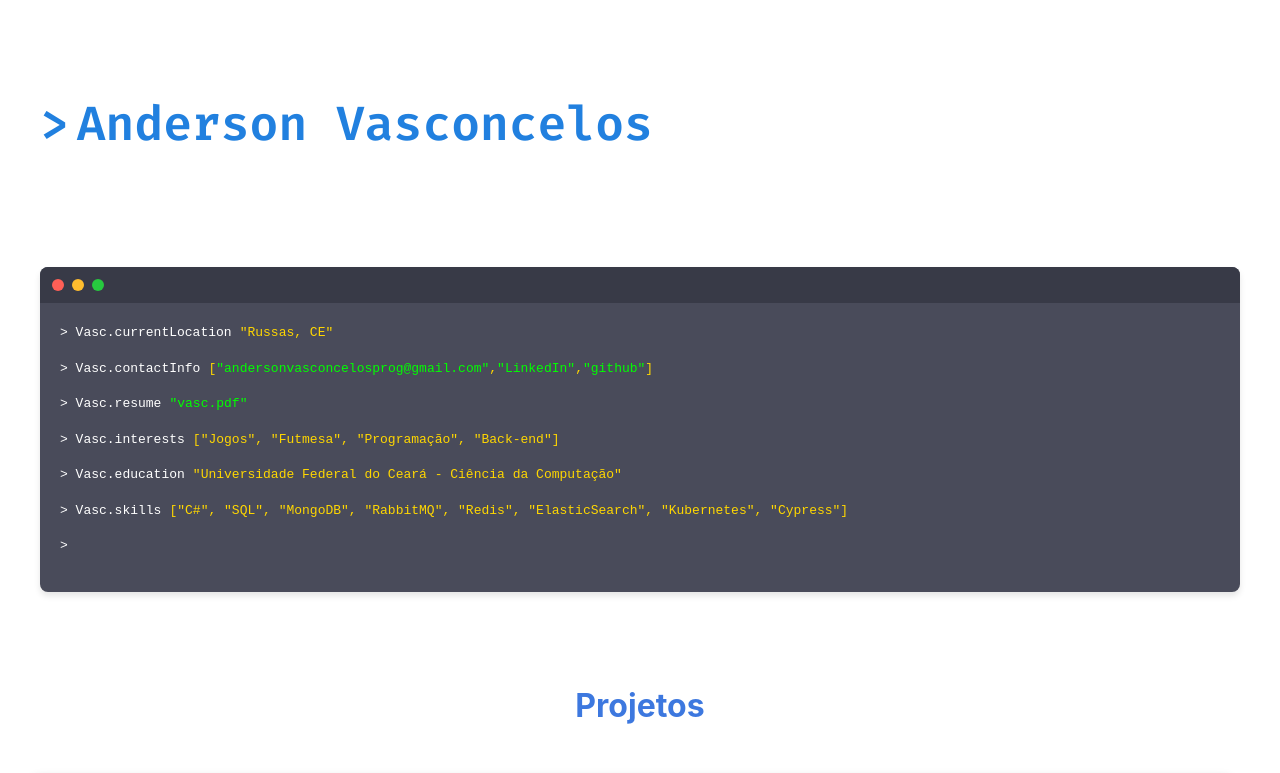
Repository: vascsx/portfolio_vascsx
Page: /
These files come from the project's save history. The page is drawn as it stood at one moment and after the next save; the edit follows.
The browser window is 1280 px wide. The pictures show the part of the page from y = 0 to 773 px (the page is 2201 px tall).
Pictures or frames that could not be fetched are drawn as grey boxes. The project was rebuilt for these pictures with package versions that can differ from the ones it lists, and the page was loaded fresh each time.

Above is the page before, as saved 2025-03-15 20:24:51.

### src/App.tsx
import Home from './components/Home';
import Resume from './components/Resume';
import Projects from './components/Projects';
import Contact from './components/Contact';
function App() {
  return (
    <div>
     <Resume />
      <Home />
      <Projects />
      <Contact/>
    </div>
  );
}

export default App;

### src/components/Home.tsx
import React from 'react';
import './Home.css';

const Home: React.FC = () => {
  return (
    <div className="terminal">
      <div className="terminal-header">
        <div className="dots">
          <div className="dot dot-red"></div>
          <div className="dot dot-yellow"></div>
          <div className="dot dot-green"></div>
        </div>
      </div>
      <div className="terminal-content">
        <div className="command-line">
          <span className="prompt">&gt; Vasc.currentLocation</span>
          <span className="output">"Russas, CE"</span>
        </div>
        <div className="command-line">
          <span className="prompt">&gt; Vasc.contactInfo</span>
          <span className="output">
            [
              <a href="mailto:andersonvasconcelosprog@gmail.com">"andersonvasconcelosprog@gmail.com"</a>,
              <a href="https://www.linkedin.com/in/andersonvasconcelos17/" target="_blank" rel="noopener noreferrer">"LinkedIn"</a>,
              <a href="https://github.com/vascsx" target="_blank" rel="noopener noreferrer">"github"</a>
            ]
          </span>
        </div>
        <div className="command-line">
          <span className="prompt">&gt; Vasc.resume</span>
          <span className="output">
            <a href="/path/to/vasc.pdf" target="_blank" rel="noopener noreferrer">"vasc.pdf"</a>
          </span>
        </div>
        <div className="command-line">
          <span className="prompt">&gt; Vasc.interests</span>
          <span className="output">["Jogos", "Futmesa", "Programação", "Back-end"]</span>
        </div>
        <div className="command-line">
          <span className="prompt">&gt; Vasc.education</span>
          <span className="output">"Universidade Federal do Ceará - Ciência da Computação"</span>
        </div>
        <div className="command-line">
          <span className="prompt">&gt; Vasc.skills</span>
          <span className="output">["C#", "SQL", "MongoDB", "RabbitMQ", "Redis", "ElasticSearch", "Kubernetes", "Cypress"]</span>
        </div>
        <div className="command-line">
          <span className="prompt-animation">&gt;</span>
        </div>
      </div>
    </div>
  );
};

export default Home;

### src/components/Resume.tsx
import React, { useEffect, useState } from 'react';
import { Link } from 'react-scroll';
import './Resume.css';

const Resume: React.FC = () => {
  const [text, setText] = useState('');
  const fullText = 'Annderson Vasconcelos';

  useEffect(() => {
    let index = 0;
    const interval = setInterval(() => {
      if (index < fullText.length) {
        setText((prev) => prev + fullText.charAt(index));
        index += 1;
      } else {
        clearInterval(interval);
      }
    }, 100);

    return () => clearInterval(interval);
  }, []);

  return (
    <div className="resume">
      <div className="resume-header">
        <h1 className="title">
          <span className="prompt-icon">&gt;</span>
          <span>{text}</span>
        </h1>
      </div>
    </div>
  );
};

export default Resume;

### src/components/Projects.tsx
import React from 'react';
import './Projects.css';
import { ReactComponent as GitHubIcon } from '../assets/images/github-svgrepo-com.svg';

interface Project {
  id: number;
  title: string;
  technologies: string[];
  sourceCode: string;
  githubRepo: string;
  videoUrl: string;
}

const projectsData: Project[] = [
  {
    id: 1,
    title: "Portfolio Vasc",
    technologies: ["Cypress", "TypeScript"],
    sourceCode: "https://github.com/username/vascsx",
    githubRepo: "https://github.com/username/vascsx",
    videoUrl: "https://www.youtube.com/embed/dQw4w9WgXcQ"
  },
  {
    id: 2,
    title: "Login",
    technologies: ["Cypress", "TypeScript"],
    sourceCode: "https://github.com/username/vascsx",
    githubRepo: "https://github.com/username/vascsx",
    videoUrl: "https://www.youtube.com/embed/dQw4w9WgXcQ"
  },
  {
    id: 3,
    title: "API Rest",
    technologies: ["Cypress", "TypeScript"],
    sourceCode: "https://github.com/username/vascsx",
    githubRepo: "https://github.com/username/vascsx",
    videoUrl: "https://www.youtube.com/embed/dQw4w9WgXcQ"
  }
];

const ProjectCard: React.FC<{ project: Project }> = ({ project }) => {
  return (
    <div className="project-card" id="projects">
      <div className="project-info">
        <h3>{project.title}</h3>
        <p>Descrição do projeto aqui.</p>
        <div className="tech-stack">
          {project.technologies.map((tech) => (
            <span key={tech} className="tech-tag">
              {tech}
            </span>
          ))}
        </div>
        <div className="project-buttons">
          <a
            href={project.sourceCode}
            className="btn-source"
            target="_blank"
            rel="noopener noreferrer"
          >
            Web
          </a>
          <a
            href={project.githubRepo}
            className="btn-github"
            target="_blank"
            rel="noopener noreferrer"
          >
            <GitHubIcon className="github-icon" />
          </a>
        </div>
      </div>
      <div className="project-video">
        <iframe
          src={project.videoUrl}
          title={project.title}
          frameBorder="0"
          allowFullScreen
        ></iframe>
      </div>
    </div>
  );
};

const Projects: React.FC = () => {
  return (
    <section className="projects">
      <h2>Projetos</h2>
      <div className="projects-grid">
        {projectsData.map((project) => (
          <ProjectCard key={project.id} project={project} />
        ))}
      </div>
    </section>
  );
};

export default Projects;

### src/components/Contact.tsx
import React from 'react';
import githubIcon from '../assets/images/github-svgrepo-com.svg';
import linkedinIcon from '../assets/images/linkedin-svgrepo-com.svg';
import './Contact.css';

const Contact: React.FC = () => {
  return (
    <div className="contact">
      <h2>Contatos</h2>
      <div className="icons">
        <a href="https://github.com/vascsx" target="_blank" rel="noopener noreferrer">
          <img src={githubIcon} alt="ícone do github" className="icon" />
        </a>
        <a href="https://www.linkedin.com/in/andersonvasconcelos17" target="_blank" rel="noopener noreferrer">
          <img src={linkedinIcon} alt="ícone do linkedin" className="icon" />
        </a>
      </div>
      <footer className="footer">
        <p>&copy; 2025 Todos os direitos reservados</p>
      </footer>
    </div>
  );
};

export default Contact;

### src/components/Home.css
.terminal {
  background-color: #494b5a;
  border-radius: 8px;
  width: 1200px;
  margin: 20px auto;
  font-family: monospace;
  box-shadow: 0 4px 6px rgba(0, 0, 0, 0.1);
}

.terminal-header {
  background-color: #383a47;
  padding: 12px;
  border-top-left-radius: 8px;
  border-top-right-radius: 8px;
}

.dots {
  display: flex;
  gap: 8px;
}

.dot {
  width: 12px;
  height: 12px;
  border-radius: 50%;
}

.dot-red {
  background-color: #ff5f56;
}

.dot-yellow {
  background-color: #ffbd2e;
}

.dot-green {
  background-color: #27c93f;
}

.terminal-content {
  padding: 20px;
  color: white;
}

.command-line {
  margin-bottom: 16px;
  line-height: 1.5;
}

.prompt {
  color: white;
  margin-right: 8px;
}

.prompt-animation {
  color: white;
  margin-right: 8px;
  animation: blink 1s infinite;
}

@keyframes blink {
  0% {
    opacity: 1;
  }
  50% {
    opacity: 0;
  }
  100% {
    opacity: 1;
  }
}

.output {
  color: #ffd700;
}

.output a {
  color: #00ff00;
  text-decoration: none;
}

.output a:hover {
  text-decoration: underline;
}

@media (max-width: 1200px) {
  .terminal {
    width: 90%;
    margin: 20px auto;
  }

  .terminal-header {
    padding: 10px;
  }

  .dots {
    gap: 6px;
  }

  .dot {
    width: 10px;
    height: 10px;
  }

  .terminal-content {
    padding: 16px;
  }
}

@media (max-width: 768px) {
  .terminal {
    width: 95%;
  }

  .terminal-header {
    padding: 8px;
  }

  .dots {
    gap: 5px;
  }

  .dot {
    width: 8px;
    height: 8px;
  }

  .terminal-content {
    padding: 12px;
  }

  .command-line {
    font-size: 0.9rem;
  }

  .prompt, .output {
    font-size: 0.9rem;
  }
}

@media (max-width: 480px) {
  .terminal {
    width: 100%;
    margin: 10px auto;
  }

  .terminal-header {
    padding: 6px;
  }

  .dots {
    gap: 4px;
  }

  .dot {
    width: 6px;
    height: 6px;
  }

  .terminal-content {
    padding: 8px;
  }

  .command-line {
    font-size: 0.85rem;
  }

  .prompt, .output {
    font-size: 0.85rem;
  }
}

### src/components/Resume.css
@import url('https://fonts.googleapis.com/css2?family=Fira+Code:wght@400;500;600&display=swap');

.resume-container {
  padding: 40px;
  max-width: 1200px;
  margin: 0 auto;
}

.resume-section {
  margin-bottom: 30px;
}

.resume-title {
  font-size: 24px;
  color: #333;
  margin-bottom: 20px;
  border-bottom: 2px solid #404040;
  padding-bottom: 10px;
}

.resume-content {
  line-height: 1.6;
}

.experience-item {
  margin-bottom: 20px;
}

.experience-title {
  font-size: 18px;
  font-weight: bold;
  color: #444;
}

.experience-company {
  color: #666;
  font-style: italic;
}

.experience-date {
  color: #888;
  font-size: 14px;
}

.experience-description {
  margin-top: 10px;
  color: #555;
}

.skills-list {
  display: flex;
  flex-wrap: wrap;
  gap: 10px;
}

.skill-item {
  background-color: #f0f0f0;
  padding: 5px 15px;
  border-radius: 15px;
  font-size: 14px;
  color: #444;
}

.resume {
  max-width: 1200px;
  margin: 0 auto;
  padding: 60px 20px;
}

.resume-header {
  margin-bottom: 24px;
}

.title {
  font-size: 48px;
  color: #2180df;
  font-family: 'Fira Code', monospace;
  display: flex;
  align-items: center;
  gap: 8px;
}

.prompt-icon {
  color: #2180df;
}

.cursor {
  width: 24px;
  height: 48px;
  background-color: #8b8eff;
  display: inline-block;
}


.description {
  font-size: 18px;
  color: #666;
  margin-bottom: 16px;
  line-height: 1.5;
}

.sub-description {
  font-size: 20px;
  color: #666;
}

.link {
  color: #8b8eff;
  text-decoration: none;
  transition: all 0.3s ease;
}

.link:hover {
  text-decoration: underline;
}

@media (max-width: 1200px) {
  .resume-container {
    padding: 30px;
  }

  .resume-title {
    font-size: 22px;
  }

  .resume-header {
    margin-bottom: 20px;
  }

  .title {
    font-size: 40px;
  }

  .description {
    font-size: 16px;
  }

  .sub-description {
    font-size: 18px;
  }

  .experience-title {
    font-size: 16px;
  }

  .experience-date {
    font-size: 13px;
  }

  .skills-list {
    gap: 8px;
  }

  .skill-item {
    font-size: 12px;
  }
}

@media (max-width: 768px) {
  .resume-container {
    padding: 20px;
  }

  .resume-title {
    font-size: 20px;
  }

  .title {
    font-size: 36px;
  }

  .description {
    font-size: 15px;
  }

  .sub-description {
    font-size: 18px;
  }

  .experience-title {
    font-size: 15px;
  }

  .experience-company {
    font-size: 13px;
  }

  .experience-date {
    font-size: 12px;
  }

  .skills-list {
    gap: 6px;
  }

  .skill-item {
    font-size: 11px;
  }
}

@media (max-width: 480px) {
  .resume-container {
    padding: 15px;
  }

  .resume-title {
    font-size: 18px;
  }

  .title {
    font-size: 32px;
  }

  .description {
    font-size: 14px;
  }

  .sub-description {
    font-size: 16px;
  }

  .experience-title {
    font-size: 14px;
  }

  .experience-company {
    font-size: 12px;
  }

  .experience-date {
    font-size: 11px;
  }

  .skills-list {
    gap: 5px;
  }

  .skill-item {
    font-size: 10px;
  }

  .link {
    font-size: 14px;
  }
}

### src/components/Projects.css
.projects {
  padding: 3rem 2rem;
  max-width: 1300px;
  margin: 0 auto;
}

.projects h2 {
  text-align: center;
  margin-bottom: 3rem;
  color: #3d78df;
  font-size: 2rem;
}

.projects-grid {
  display: grid;
  grid-template-columns: 1fr;
  gap: 2rem;
  margin: 0 auto;
  width: 100%;
}

.project-card {
  display: flex;
  flex-direction: row;
  gap: 2rem;
  border-radius: 8px;
  overflow: hidden;
  width: 100%;
  max-width: 1200px;
  box-shadow: 0 4px 10px rgba(0, 0, 0, 0.15);
  background-color: #fff;
}

.project-info {
  flex: 0 0 25%;
  padding: 1rem;
  display: flex;
  flex-direction: column;
  justify-content: flex-start;
  gap: 1.5rem;
  margin-left: 1.5rem;
  margin-top: 1rem;
}

.project-info h3 {
  margin-bottom: 1rem;
  font-size: 1.5rem;
  margin-top: 1rem;
}

.project-info p {
  margin-bottom: 1rem;
  color: #333;
}

.tech-stack {
  display: flex;
  justify-content: start;
  gap: 0.8rem;
  margin-bottom: 1.8rem;
  flex-wrap: wrap;
}

.tech-tag {
  background: rgba(255, 255, 255, 0.1);
  color: white;
  padding: 0.3rem 0.8rem;
  border-radius: 20px;
  font-size: 0.75rem;
  backdrop-filter: blur(4px);
}

.project-buttons {
  display: flex;
  gap: 1rem;
  margin-right: 1rem;
  align-items: center;
  justify-content: flex-start;
}

.btn-source {
  padding: 0.6rem 1.5rem;
  background: #3d78df;
  color: white;
  border-radius: 25px;
  text-decoration: none;
  font-size: 0.875rem;
  font-weight: 500;
  transition: all 0.2s ease;
}

.btn-source:hover {
  background: rgba(61, 120, 223, 0.9);
  transform: translateY(-2px);
}

.btn-github {
  display: inline-flex;
  align-items: center;
  padding: 0.6rem 1.5rem;
  background: #333;
  color: white;
  border-radius: 25px;
  text-decoration: none;
  font-size: 0.875rem;
  font-weight: 500;
  transition: all 0.2s ease;
}

.btn-github .github-icon {
  margin-right: 0.5rem;
  width: 20px;
  height: 20px;
}

.btn-github:hover {
  background: rgba(51, 51, 51, 0.8);
  transform: translateY(-2px);
}

.project-video {
  flex: 0 0 75%;
  width: 100%;
}

.project-video iframe {
  width: 100%;
  height: 350px;
  border-radius: 8px;
  object-fit: cover; /* Assegura que o vídeo cubra completamente a área do iframe sem distorção */
}

@media (max-width: 1024px) {
  .project-card {
    flex-direction: column;
  }

  .project-info {
    flex: 0 0 100%;
    padding: 1rem;
  }

  .project-video {
    height: 400px;
  }
}

@media (max-width: 640px) {
  .project-video {
    height: 300px;
  }

  .project-info {
    padding: 1rem;
    margin-top: 1.5rem;
  }
}

### src/components/Contact.css
/* Contact.css */
.contact {
  font-family: Arial, sans-serif;
  color: #000;
  padding: 20px;
  text-align: center;
}

.contact h2 {
  text-align: center;
  margin-bottom: 3rem;
  color: #3d78df;
  font-size: 2rem;
}



.icons {
  display: flex;
  justify-content: center;
  gap: 20px;
  margin-bottom: 20px;
}

.icons a {
  display: inline-block;
}

.icon {
  width: 40px;
  height: 40px;
  transition: transform 0.3s ease;
  animation: bounce 1.5s infinite;
}

.icon:hover {
  transform: scale(1.2);
}

@keyframes bounce {
  0%, 100% {
    transform: translateY(0);
  }
  50% {
    transform: translateY(-10px);
  }
}

.footer {
  font-size: 0.8em;
  color: #777;
  margin-top: 30px;
}

Loaded but not shown: public/index.html (common file); src/index.tsx (common file); src/index.css (common file); src/reportWebVitals.ts (common file)

After the next save:
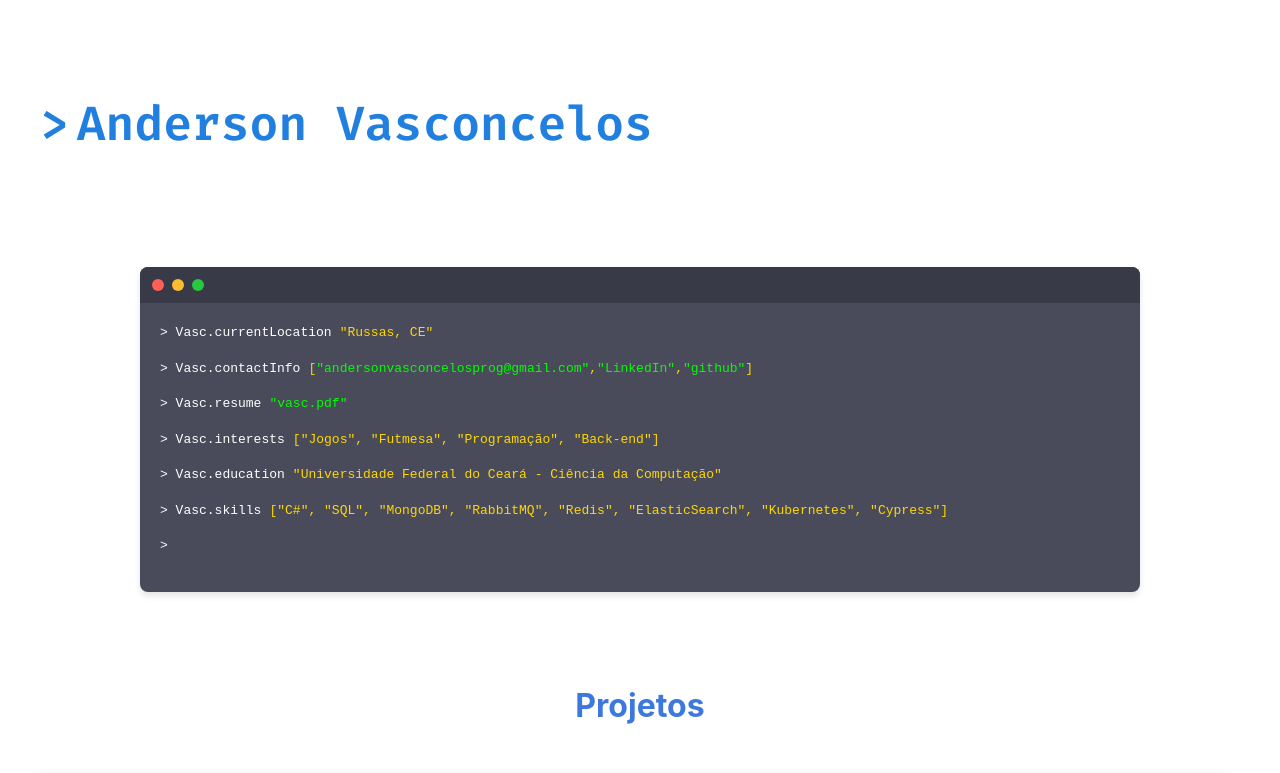
Saved 6 s later.
--- a/src/components/Home.css
+++ b/src/components/Home.css
@@ -1,7 +1,7 @@
 .terminal {
   background-color: #494b5a;
   border-radius: 8px;
-  width: 1200px;
+  width: 1000px;
   margin: 20px auto;
   font-family: monospace;
   box-shadow: 0 4px 6px rgba(0, 0, 0, 0.1);
